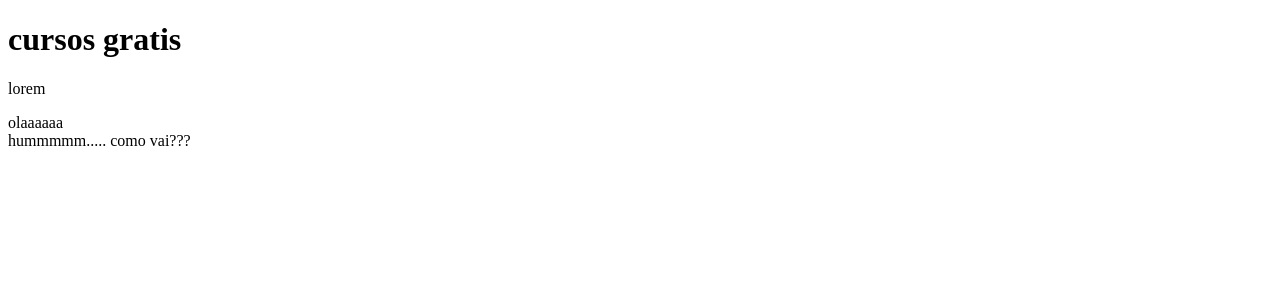
Repository: YuaneCastro/CRIANDO-UM-SITE--CURSO-GIT--GIT-HUB
Page: index.html
The author's editor kept a copy of each file at every save. The page is drawn from the files as they stood at one save, then again after a run of saves.
The browser window is 1280 px wide. The pictures show the whole page.

Above is the page before, as saved 2025-08-14 00:23:13.

### index.html
<!DOCTYPE html>
<html lang="en">
<head>
    <meta charset="UTF-8">
    <meta name="viewport" content="width=device-width, initial-scale=1.0">
    <title>Document</title>
    <link rel="stylesheet" href="/index.css">
</head>
<body>
    <head>
        <h1>cursos gratis</h1>
    </head>
    <section>
        <p>lorem</p>
        <div>olaaaaaa</div>
        <div>hummmmm..... como vai???</div>
    </section>
    <script src="/index.js"></script>
</body>
</html>

Loaded but not shown: index.js (no stored copy; drawn as an empty file); index.css (no stored copy; drawn as an empty file)

After the next 2 saves:
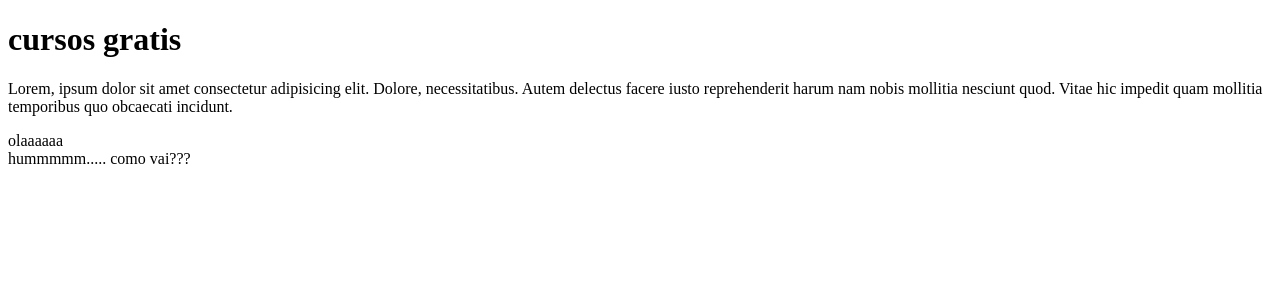
The 2 saves are shown as one change because they came seconds apart.
The last was saved 6 s later.
--- a/index.html
+++ b/index.html
@@ -11,7 +11,8 @@
         <h1>cursos gratis</h1>
     </head>
     <section>
-        <p>lorem</p>
+        <p>Lorem, ipsum dolor sit amet consectetur adipisicing elit. Dolore, necessitatibus. Autem delectus facere iusto reprehenderit harum nam nobis mollitia nesciunt quod. Vitae hic impedit quam mollitia temporibus quo obcaecati incidunt.
+        </p>
         <div>olaaaaaa</div>
         <div>hummmmm..... como vai???</div>
     </section>
